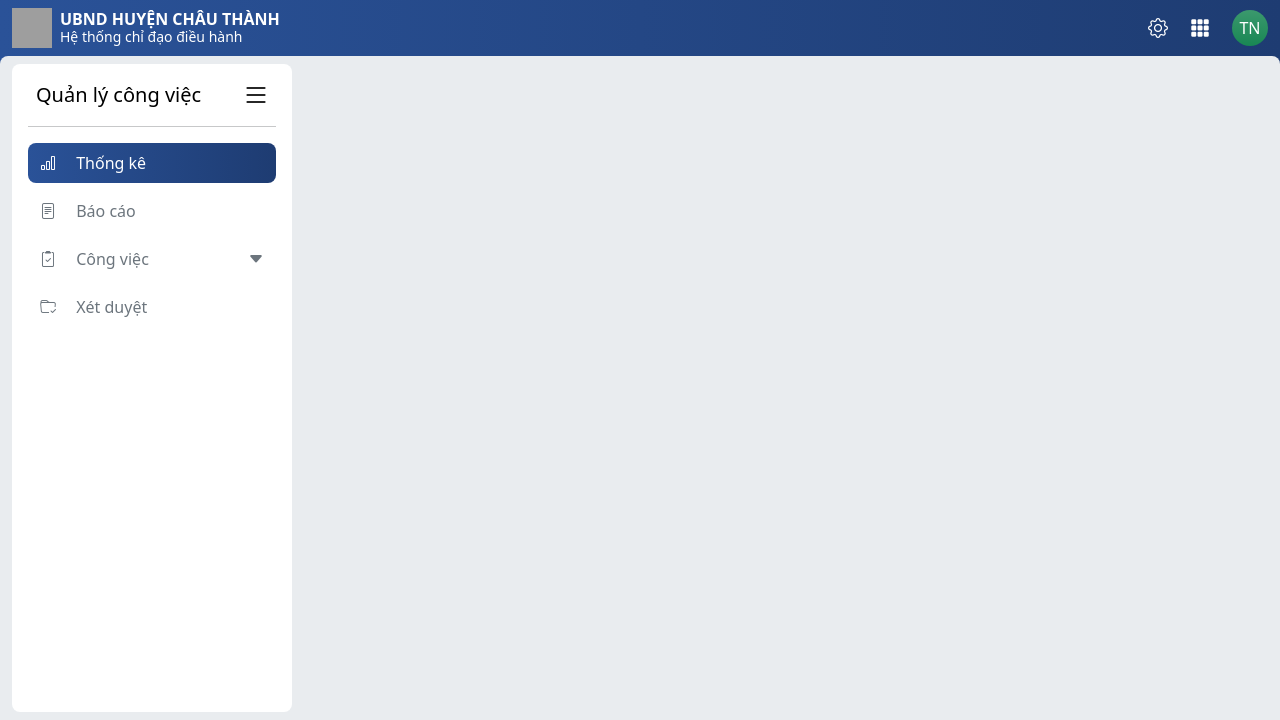
Repository: mys-pro/DATT-HeThongChiDaoDieuHanh
Page: index.html
An editor plug-in stored every save of this project. The page is shown before and after the next save, followed by the edit.
The browser window is 1280 px wide. The pictures show the whole page.
Pictures or frames that could not be fetched are drawn as grey boxes.

Above is the page before, as saved 2024-04-21 14:43:45.

After the next save:
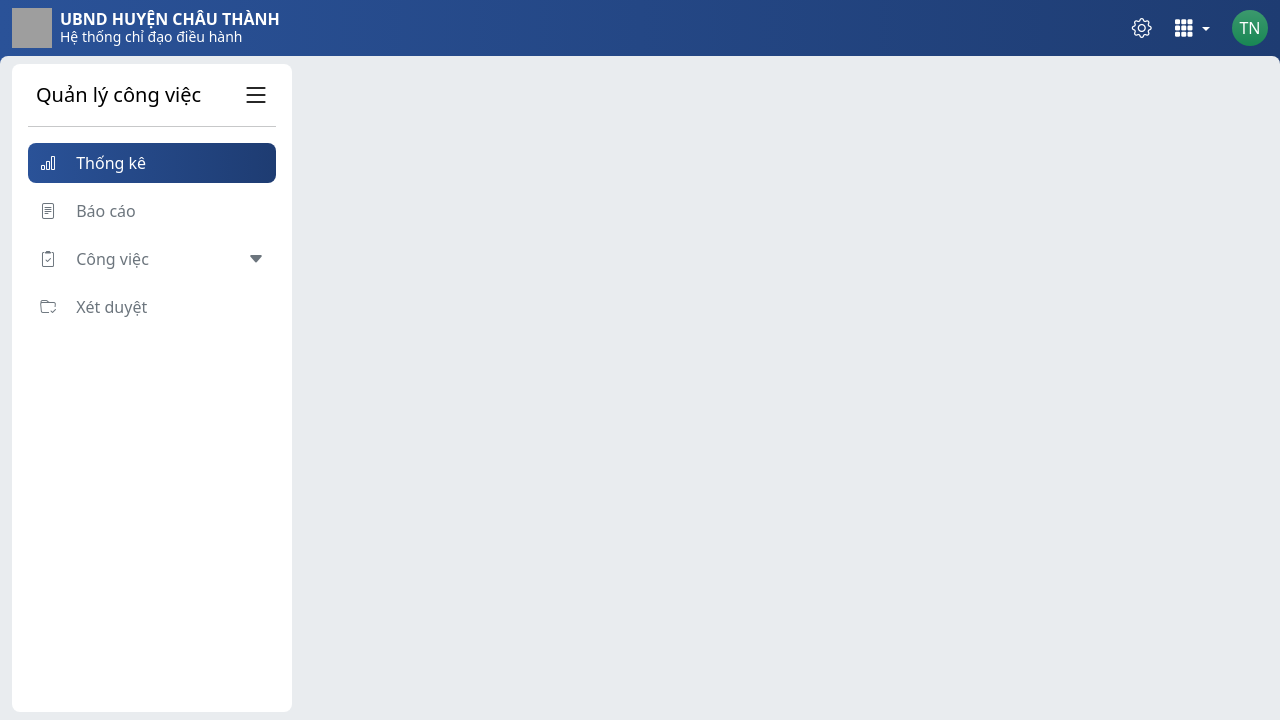
Saved 98 s later.
--- a/index.html
+++ b/index.html
@@ -34,7 +34,7 @@
                             </a>
                         </li>
                         <li class="header__navbar-item ms-3 align-content-center">
-                            <button type="button" class="border-0 bg-transparent rounded-circle text-white">
+                            <button type="button" class="border-0 bg-transparent rounded-circle text-white dropdown-toggle" data-bs-toggle="dropdown" aria-expanded="false">
                                 <i class="bi bi-grid-3x3-gap-fill fs-5"></i>
                             </button>
                         </li>

After the 4 saves that followed:
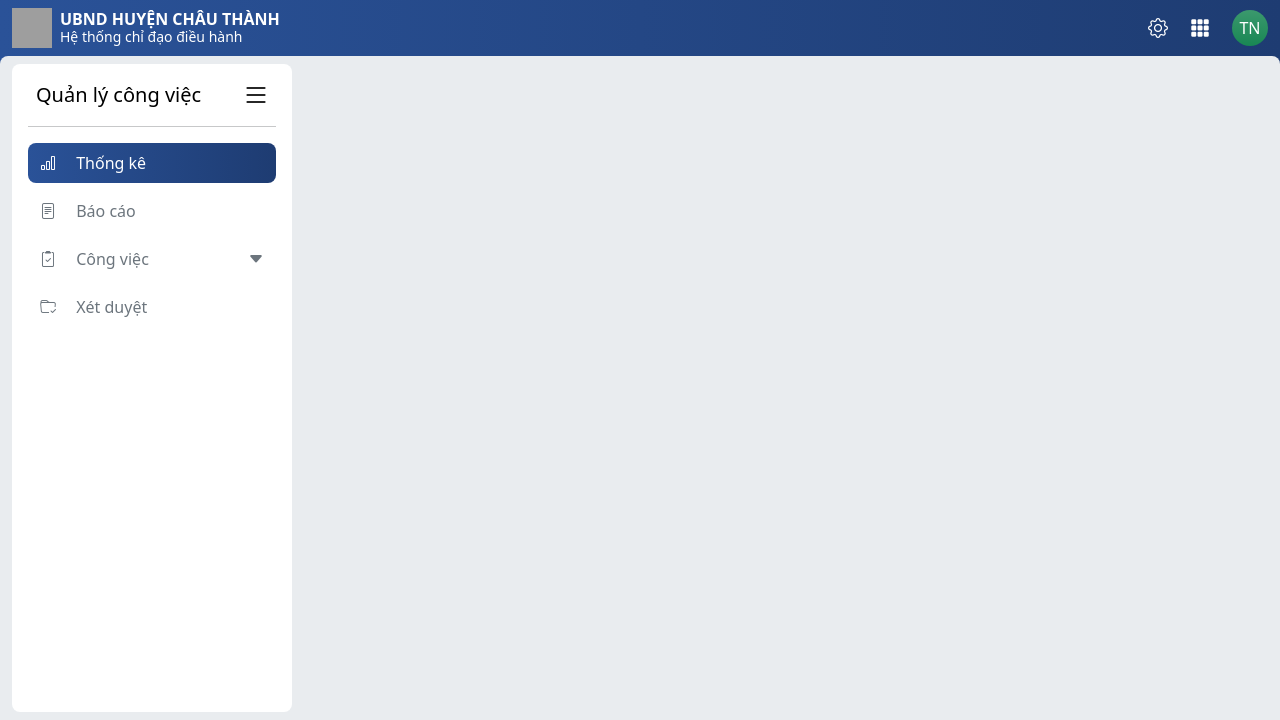
The 4 saves are shown as one change because 2 left the picture as it was and some came seconds apart.
The last was saved 75 s later.
--- a/index.html
+++ b/index.html
@@ -34,7 +34,7 @@
                             </a>
                         </li>
                         <li class="header__navbar-item ms-3 align-content-center">
-                            <button type="button" class="border-0 bg-transparent rounded-circle text-white dropdown-toggle" data-bs-toggle="dropdown" aria-expanded="false">
+                            <button type="button" class="border-0 bg-transparent rounded-circle text-white">
                                 <i class="bi bi-grid-3x3-gap-fill fs-5"></i>
                             </button>
                         </li>
